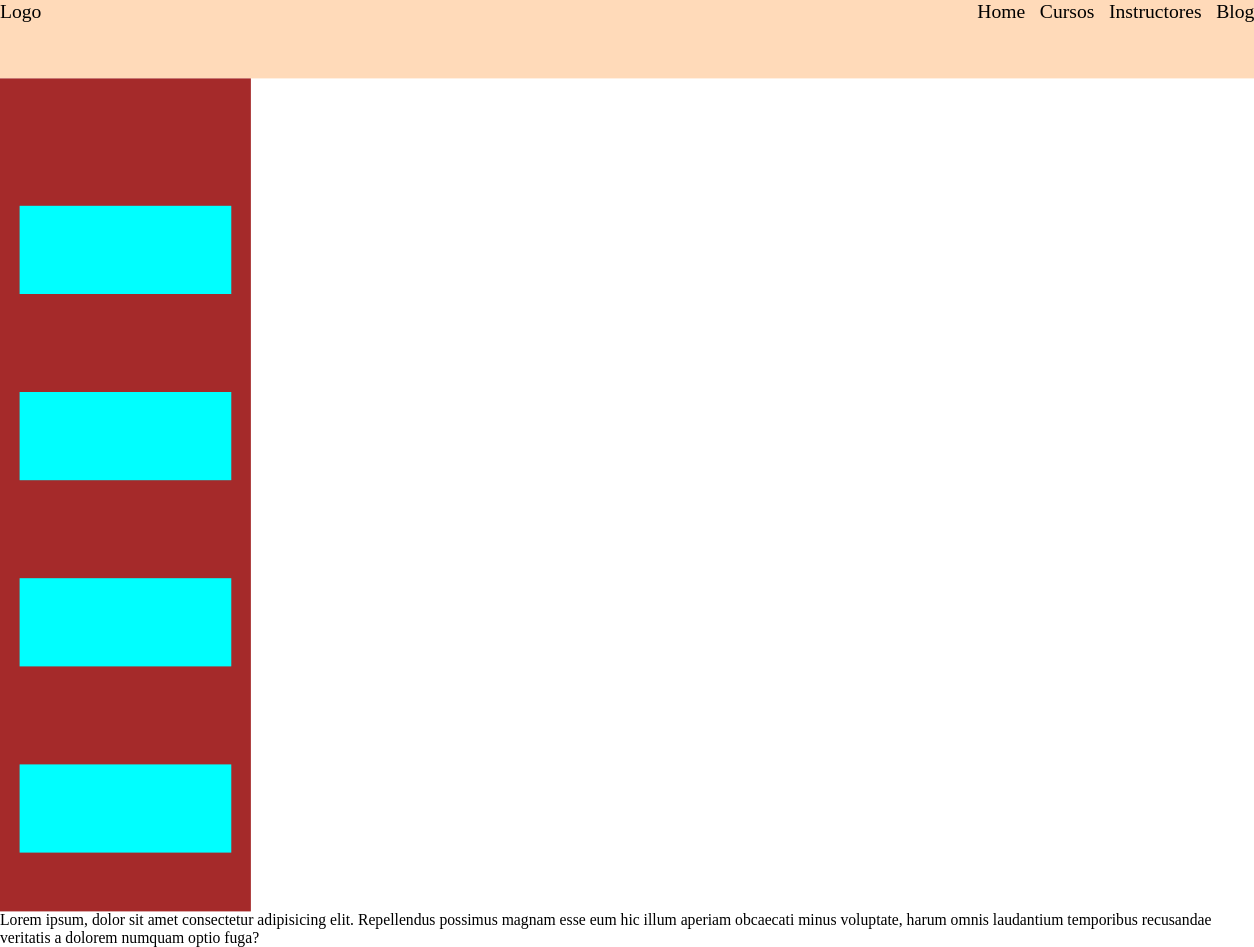
Repository: Daniel009980/daniel0099980
Page: desafiolayout1/index.html
An editor plug-in stored every save of this project. The page is shown before and after the next save, followed by the edit.
The browser window is 1280 px wide. The pictures show the whole page, at 98% of full size.

Above is the page before, as saved 2022-09-21 20:05:56.

### desafiolayout1/index.html
<!DOCTYPE html>
<html lang="en">
<head>
    <meta charset="UTF-8">
    <meta http-equiv="X-UA-Compatible" content="IE=edge">
    <meta name="viewport" content="width=device-width, initial-scale=1.0">
    <title>Desafio layout 1</title>
    <link rel="stylesheet" href="./style.css">
</head>
<body>
    <header class="cabeza">
    <p>Logo</p>
        <ul class="nav">
            <li>Home</li>
            <li>Cursos</li>
            <li>Instructores</li>
            <li>Blog</li>
        </ul>
    </header>
<section class="cosas">
    <ul class="ad">
        <li></li>
        <li></li>
        <li></li>
        <li></li>
    </ul>
</section>
<article>
    <span>Lorem ipsum, dolor sit amet consectetur adipisicing elit. Repellendus possimus
        magnam esse eum hic illum aperiam obcaecati minus voluptate, harum omnis laudantium
        temporibus recusandae veritatis a dolorem numquam optio fuga?</span>
    </article>
</body>
</html>

### desafiolayout1/style.css
*{
    box-sizing: border-box;
    margin: 0;
    padding: 0;
}

.nav li{
    display: inline-block;
    padding-left: 10px;

}

.cabeza p{
    display: inline-block;
    font-size: 20px;

}

.cabeza{
    background-color: peachpuff;
    height: 80px;
    display: flex;
    justify-content: space-between;
    flex-wrap: wrap;
}
.nav {
    list-style: none;
    font-size: 20px;
    /* text-align: right; */
}




.ad{
    width: 20%;
    background-color: brown;
    padding-top: 50px;
    height: 850px;
    display: flex;
    flex-direction: column;
    list-style: none;
}

.ad li{
    background-color: aqua;
    margin: 20px;
    margin-top: 80px;
    height: 90px;
}

After the next save:
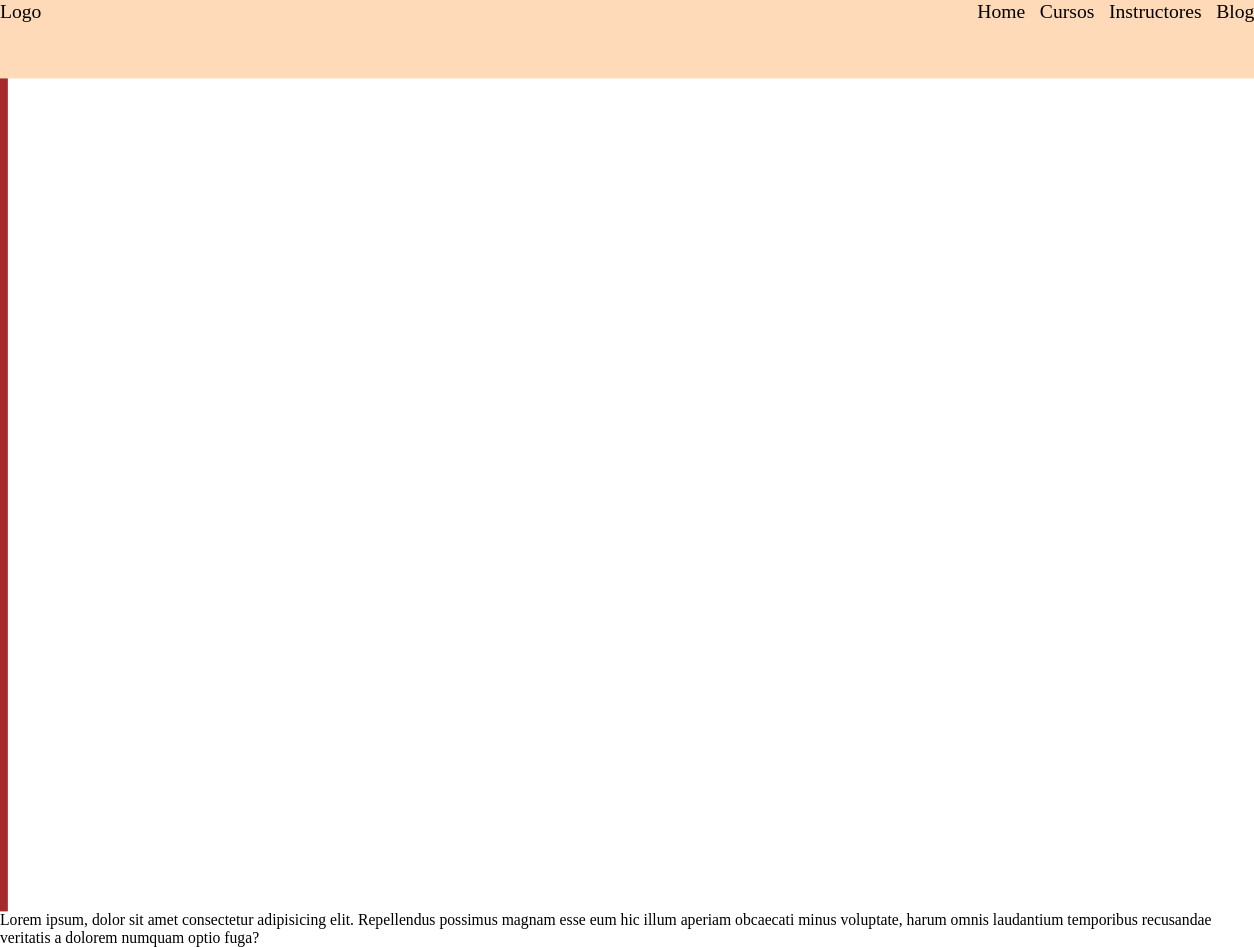
Saved 37 s later.
--- a/desafiolayout1/style.css
+++ b/desafiolayout1/style.css
@@ -29,7 +29,9 @@
     /* text-align: right; */
 }
 
-
+.cosas{
+    display: inline-flex;
+}
 
 
 .ad{

After the save that followed:
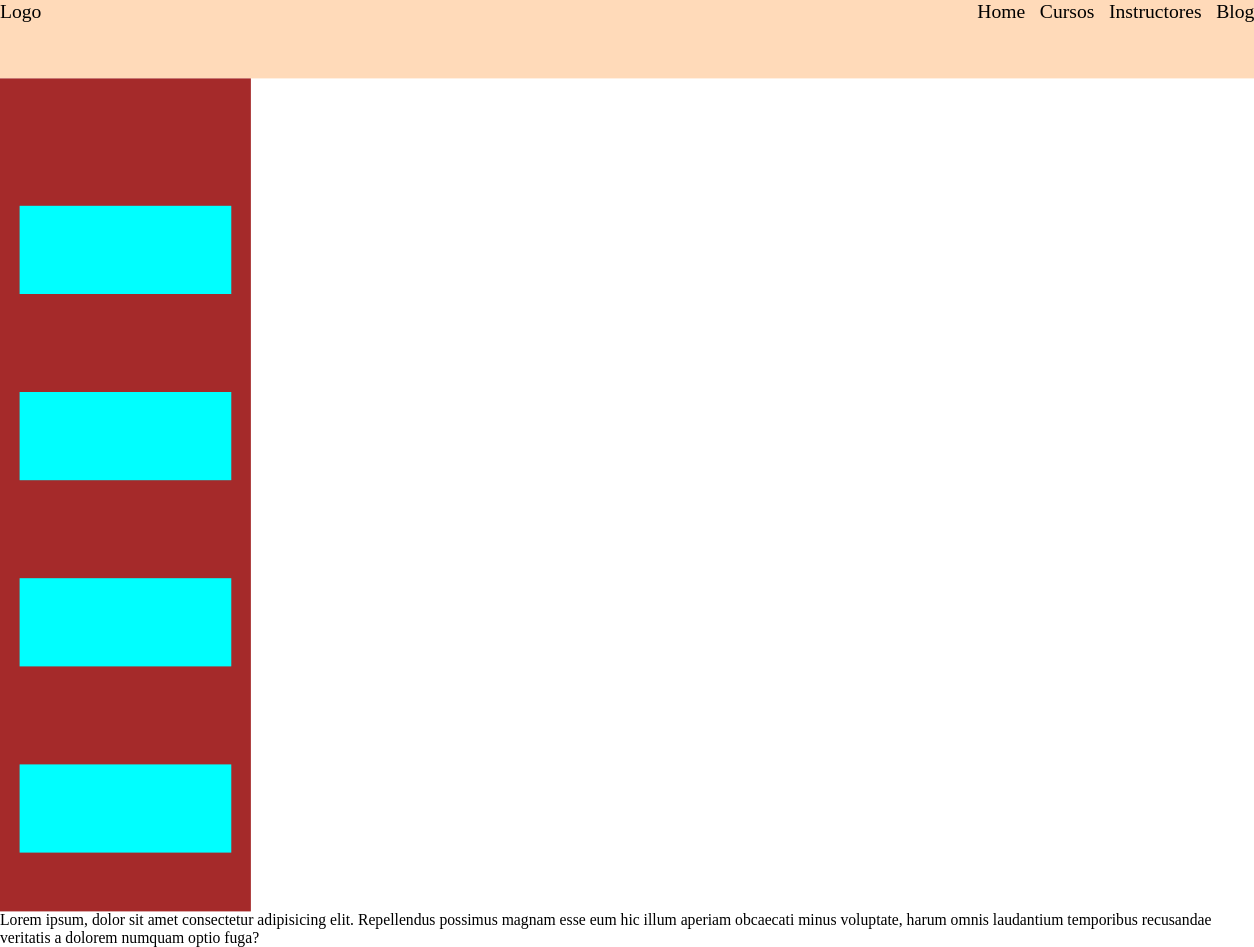
Saved 41 s later.
--- a/desafiolayout1/style.css
+++ b/desafiolayout1/style.css
@@ -30,7 +30,7 @@
 }
 
 .cosas{
-    display: inline-flex;
+
 }
 
 
